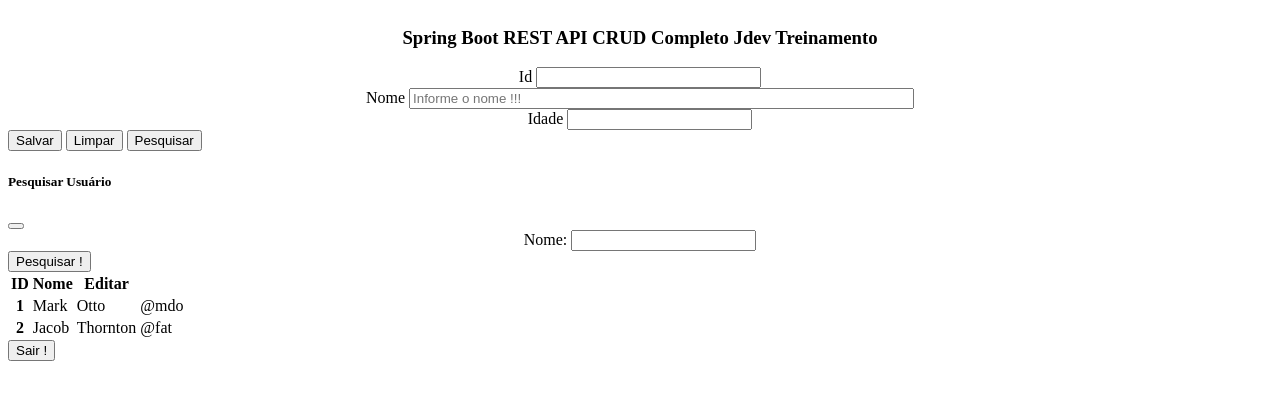
Repository: isaquelimaof/REST-API-SpringBoot
Page: springboot-rest-api-sample/src/main/resources/static/index.html
The author's editor kept a copy of each file at every save. The page is drawn from the files as they stood at one save, then again after the next save.
The browser window is 1280 px wide. The pictures show the whole page.

Above is the page before, as saved 2022-05-10 17:50:17.

### springboot-rest-api-sample/src/main/resources/static/index.html
<!DOCTYPE html>
<html lang="pt-br">
<head>
<meta charset="utf-8">
<meta name="viewport" content="width=device-width, initial-scale=1">
<!-- Bootstrap CSS
<link
	href="https://cdn.jsdelivr.net/npm/bootstrap@5.1.3/dist/css/bootstrap.min.css"
	rel="stylesheet"
	integrity="sha384-1BmE4kWBq78iYhFldvKuhfTAU6auU8tT94WrHftjDbrCEXSU1oBoqyl2QvZ6jIW3"
	crossorigin="anonymous"> -->
<link rel="stylesheet" type="text/css" href="css.css" media="screen" />
<title>API REST FULL</title>
</head>
<body>
	<h3>Spring Boot REST API CRUD Completo Jdev Treinamento</h3>

	<form action="" id="formCadastroUser">

		<div class="mb-1">
			<label for="id" class="form-label">Id</label> <input type="text"
				class="form-control-sm" id="id" size="25px" readonly="readonly">
		</div>
		<div class="mb-2">
			<label id="nome1" for="nome" class="form-label">Nome</label> <input
				type="text" id="nome" class="form-control-sm" size="60px"
				placeholder="Informe o nome !!!">
		</div>
		<div class="mb-3">
			<label for="idade" class="form-label">Idade</label> <input
				type="number" class="form-control-sm" id="idade">
		</div>
	</form>

	<button type="button" class="btn btn-primary" onclick="salvarUsuario()">Salvar</button>
	<button type="button" class="btn btn-success"
		onclick="document.getElementById('formCadastroUser').reset()">Limpar</button>
	<button type="button" class="btn btn-danger" data-bs-toggle="modal"
		data-bs-target="#modalPesquisarUser" data-bs-whatever="@getbootstrap">Pesquisar</button>

	<div class="modal fade" id="modalPesquisarUser" tabindex="-1"
		aria-labelledby="exampleModalLabel" aria-hidden="true">
		<div class="modal-dialog">
			<div class="modal-content">
				<div class="modal-header">
					<h5 class="modal-title" id="exampleModalLabel">Pesquisar
						Usuário</h5>
					<button type="button" class="btn-close" data-bs-dismiss="modal"
						aria-label="Close"></button>
				</div>
				<div class="modal-body">
					<form>
						<div class="mb-3">
							<label for="nameBusca" class="col-form-label">Nome:</label> <input
								type="text" class="form-control" id="nameBusca">
						</div>

						<button type="button" class="btn btn-success">Pesquisar !</button>
						<!-- <div class="mb-3">
							<label for="message-text" class="col-form-label">Message:</label>
							<textarea class="form-control" id="message-text"></textarea>
						</div>  -->

					</form>

					<table class="table">
						<thead>
							<tr>
								<th scope="col">ID</th>
								<th scope="col">Nome</th>
								<th scope="col">Editar</th>
							</tr>
						</thead>
						<tbody>
							<tr>
								<th scope="row">1</th>
								<td>Mark</td>
								<td>Otto</td>
								<td>@mdo</td>
							</tr>
							<tr>
								<th scope="row">2</th>
								<td>Jacob</td>
								<td>Thornton</td>
								<td>@fat</td>
							</tr>

						</tbody>
					</table>

				</div>

				<!-- <div class="modal-footer">
						<button type="button" class="btn btn-primary">Send message</button>-->
				<button type="button" class="btn btn-danger" data-bs-dismiss="modal">Sair
					!</button>

			</div>
		</div>
	</div>
	</div>


	<script src="https://code.jquery.com/jquery-3.6.0.min.js"
		integrity="sha256-/xUj+3OJU5yExlq6GSYGSHk7tPXikynS7ogEvDej/m4="
		crossorigin="anonymous"></script>

	<!-- Option 1: Bootstrap Bundle with Popper -->
	<script
		src="https://cdn.jsdelivr.net/npm/bootstrap@5.1.3/dist/js/bootstrap.bundle.min.js"
		integrity="sha384-ka7Sk0Gln4gmtz2MlQnikT1wXgYsOg+OMhuP+IlRH9sENBO0LRn5q+8nbTov4+1p"
		crossorigin="anonymous"></script>


	<script type="text/javascript">
		function salvarUsuario() {
			//busca valores no campo
			var id = $("#id").val();
			var nome = $("#nome").val();
			var idade = $("#idade").val();

			//Trabalhando com Ajax - Sempre vai ser usado esse modelo para se comunicar com a API
			$.ajax({
				method : "POST",
				url : "salvar",
				data : JSON.stringify({
					id : id,
					nome : nome,
					idade : idade
				}),
				contentType : "application/json; charset=utf-8",
				success : function(response) {
					$("#id").val(response.id);
					alert("Salvo com Sucesso!");
				}
			}).fail(function(xhr, status, errorThrown) {
				alert("Erro ao salvar usuario !: " + xhr.responseText);
			});

		}
	</script>

</body>
</html>

### springboot-rest-api-sample/src/main/resources/static/css.css
@charset "utf-8";

h3 {
	text-align: center;

}
.mb-1{
	text-align: center;
}
.mb-2{
	text-align: center;
}
.mb-3{
	text-align: center;
}

.btn {
	align-content: center;
}

* {
	align-content: center;
}

After the next save:
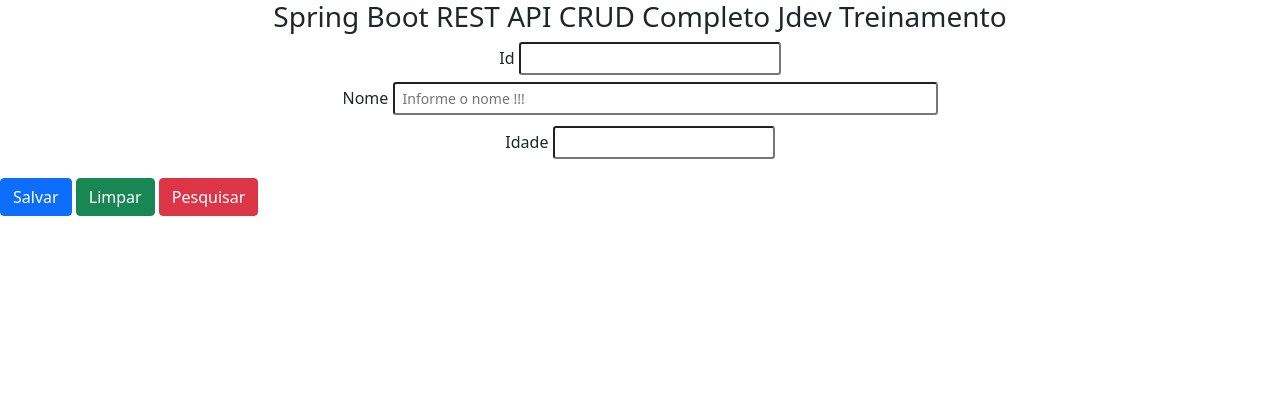
Saved 9 s later.
--- a/springboot-rest-api-sample/src/main/resources/static/index.html
+++ b/springboot-rest-api-sample/src/main/resources/static/index.html
@@ -3,12 +3,12 @@
 <head>
 <meta charset="utf-8">
 <meta name="viewport" content="width=device-width, initial-scale=1">
-<!-- Bootstrap CSS
+<!-- Bootstrap CSS -->
 <link
 	href="https://cdn.jsdelivr.net/npm/bootstrap@5.1.3/dist/css/bootstrap.min.css"
 	rel="stylesheet"
 	integrity="sha384-1BmE4kWBq78iYhFldvKuhfTAU6auU8tT94WrHftjDbrCEXSU1oBoqyl2QvZ6jIW3"
-	crossorigin="anonymous"> -->
+	crossorigin="anonymous">
 <link rel="stylesheet" type="text/css" href="css.css" media="screen" />
 <title>API REST FULL</title>
 </head>
